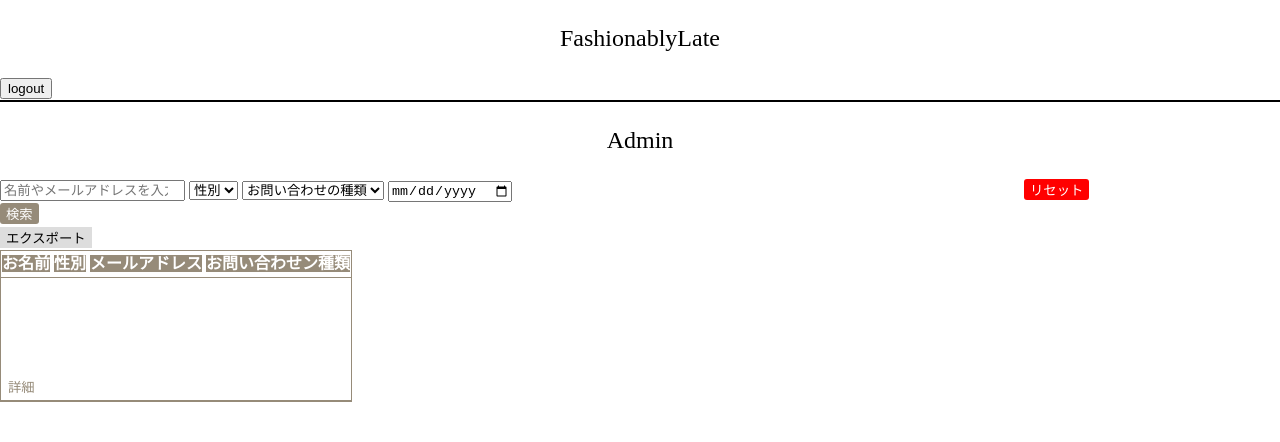
Repository: mayu-ya/test_form
Page: http://localhost/
The author's editor kept a copy of each file at every save. The page is drawn from the files as they stood at one save, then again after the next save.
The browser window is 1280 px wide. The pictures show the whole page.
The page is served by the project's Laravel application, run on PHP 8.4 with Laravel 8.

Above is the page before, as saved 2026-01-17 17:27:07.

After the next save:
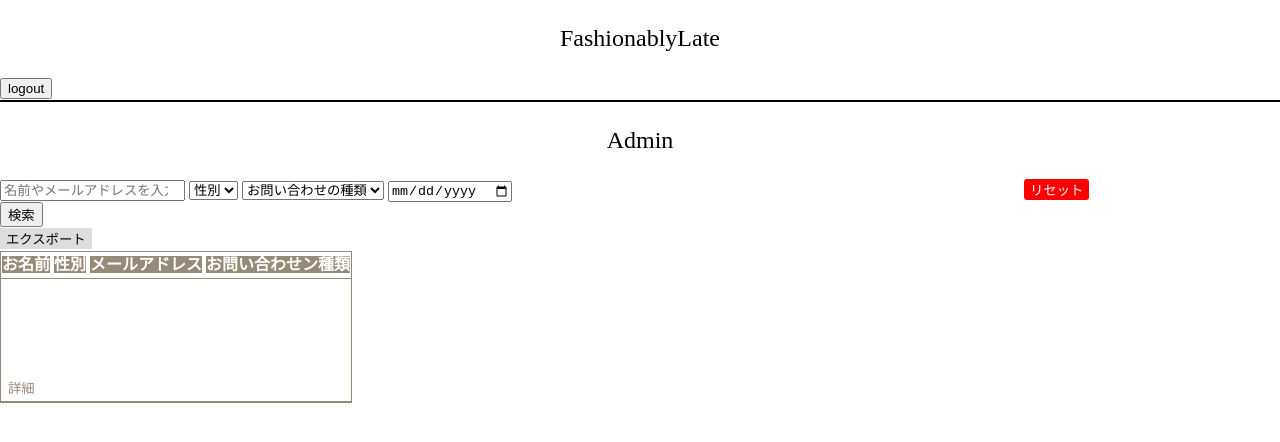
Saved 3 min 2 s later.
--- a/src/resources/views/admin.blade.php
+++ b/src/resources/views/admin.blade.php
@@ -30,7 +30,7 @@
                 </select>
                 <input type="date" name="date">
                 <div class="search__button">
-                    <button class="search__button-submit" type="submit">検索</button>
+                    <button class="search_button-submit" tyup="submit">検索</button>
                 </div>
             </div>
         </form>

After the save that followed:
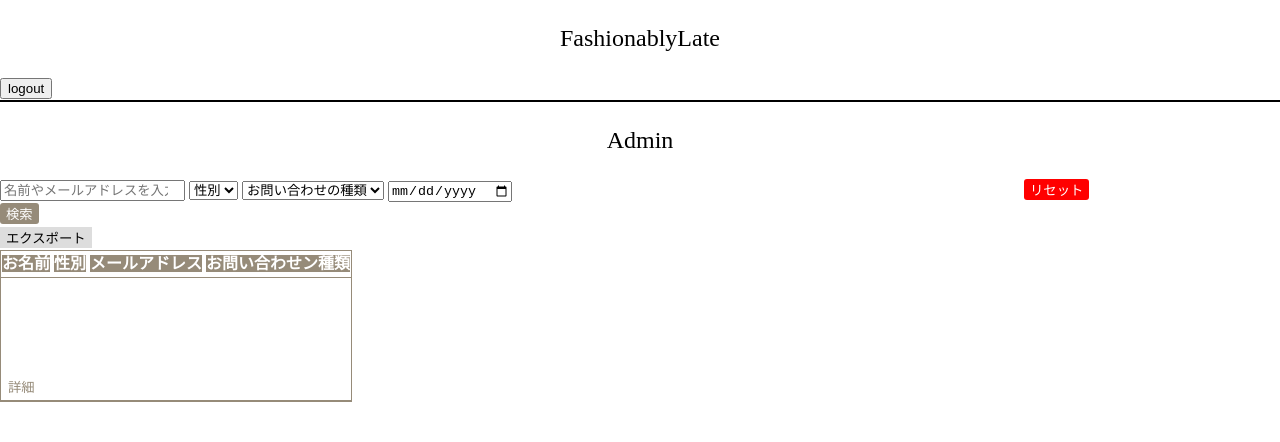
Saved 11 s later.
--- a/src/resources/views/admin.blade.php
+++ b/src/resources/views/admin.blade.php
@@ -30,7 +30,7 @@
                 </select>
                 <input type="date" name="date">
                 <div class="search__button">
-                    <button class="search_button-submit" tyup="submit">検索</button>
+                    <button class="search__button-submit" tyup="submit">検索</button>
                 </div>
             </div>
         </form>
